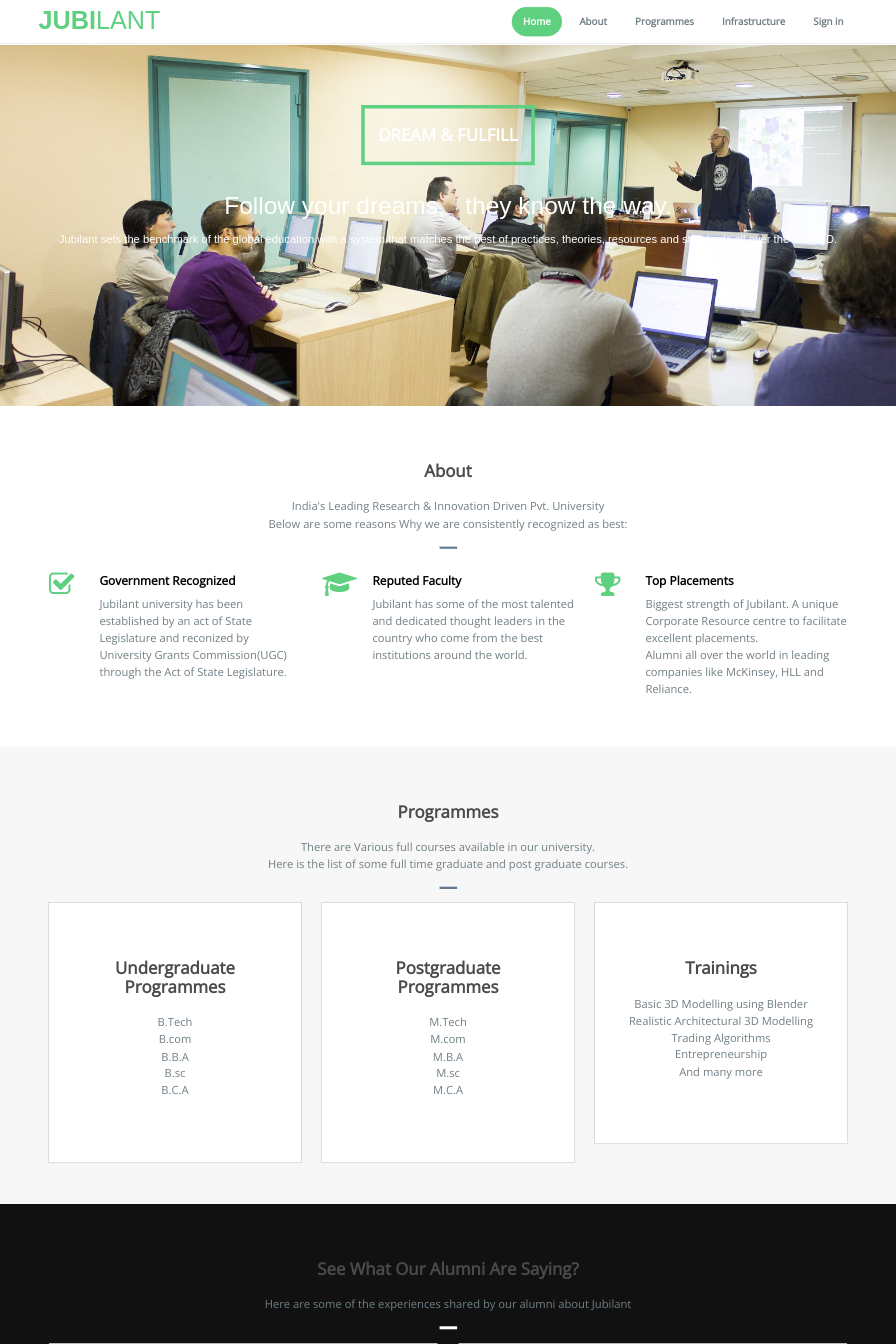
Repository: GauravC8/UMS
Page: http://localhost/login/WEB-INF/index.jsp
An editor plug-in stored every save of this project. The page is shown before and after the next save, followed by the edit.
The browser window is 1280 px wide. The pictures show the part of the page from y = 0 to 1920 px (the page is 3363 px tall), at 70% of full size.
Some web fonts or font styles are not loaded; a fallback is used. The page is served by Tomcat 9. Nobody is signed in. Other server files are loaded and not shown. The template is opened directly, without the code that normally fills it, so the values that code supplies are empty.

Above is the page before, as saved 2019-04-08 10:28:11.

### login/src/main/webapp/WEB-INF/index.jsp
<%@ page language="java" contentType="text/html; charset=ISO-8859-1"
	pageEncoding="ISO-8859-1"%>
<%@ taglib uri="http://www.springframework.org/tags/form" prefix="form"%>
<%@taglib prefix="c" uri="http://java.sun.com/jsp/jstl/core"%>

<!DOCTYPE html>
<html lang="en">

<head>
<meta charset="utf-8">
<meta name="viewport" content="width=device-width, initial-scale=1">
<title>UMS</title>

<link rel="stylesheet" type="text/css"
	href="https://fonts.googleapis.com/css?family=Open+Sans|Candal|Alegreya+Sans">
<link rel="stylesheet" type="text/css"
	href="resources/css/font-awesome.min.css">
<link rel="stylesheet" type="text/css"
	href="resources/css/bootstrap.min.css">
<link rel="stylesheet" type="text/css"
	href="resources/css/imagehover.min.css">
<link rel="stylesheet" type="text/css" href="resources/css/style.css">

</head>

<body>
	<!--Navigation bar-->
	<nav class="navbar navbar-default navbar-fixed-top">
		<div class="container">
			<div class="navbar-header">
				<button type="button" class="navbar-toggle" data-toggle="collapse"
					data-target="#myNavbar"></button>
				<a class="navbar-brand" href="index.html">Jubi<span>lant</span></a>
			</div>
			<div class="collapse navbar-collapse" id="myNavbar">
				<ul class="nav navbar-nav navbar-right">
					<li class="btn-trial"><a href="#Home">Home</a></li>
					<li><a href="#about">About</a></li>
					<li><a href="#programmes">Programmes</a></li>
					<li><a href="#infrasturcture">Infrastructure</a></li>
					<li><a href="user/loginForm">Sign in</a></li>

				</ul>
			</div>
		</div>
	</nav>
	<!--/ Navigation bar-->


	<!--Modal box-->
	<div class="modal fade" id="login" role="dialog">
		<div class="modal-dialog modal-sm">

			<!-- Modal content no 1-->
			<div class="modal-content">
				<div class="modal-header">
					<button type="button" class="close" data-dismiss="modal">&times;</button>
					<h4 class="modal-title text-center form-title">Login</h4>
				</div>
				<div class="modal-body">

					<div class="login-box-body">
						<%-- <form:form action="user/loginUser" class="form-horizontal"
							method="post" modelAttribute="user">
							<div class="form-group">
								<label for="emailId" class="col-md-3 control-label">Email</label>
								<div class="col-md-9">
									<form:input name="emailId" path="emailId"
										cssClass="form-control" />
								</div>
							</div>

							<div class="form-group">
								<label for="password" class="col-md-3 control-label">Password</label>
								<div class="col-md-9">
									<form:password name="password" path="password"
										cssClass="form-control" />
								</div>
							</div>
							<div class="form-group">
								<!-- Button -->
								<div class="col-md-offset-3 col-md-9">
									<form:button cssClass="btn btn-primary">Login</form:button>
								</div>
							</div>
							<div style="color: red">${error}</div>

						</form:form> --%>
					</div>
				</div>
			</div>
		</div>

	</div>
	<!--/ Modal box-->


	<!--Banner-->
	<div class="banner" style="background: url('resources/images/bg-banner.jpg') no-repeat center top}>
		<div class="bg-color">
			<div class="container">
				<div class="row">
					<div class="banner-text text-center">
						<div class="text-border">
							<h2 class="text-dec">Dream & Fulfill</h2>
						</div>
						<div class="intro-para text-center quote">
							<p class="big-text">Follow your dreams, &nbsp they know the
								way.
							<p>
							<p class="small-text">Jubilant sets the benchmark of the
								global education with a system that matches the best of
								practices, theories, resources and standards all over the WORLD.</p>
						</div>

					</div>
				</div>
			</div>
		</div>
	</div>
	<!--/ Banner-->
	<!--About-->
	<section id="about" class="section-padding">
		<div class="container">
			<div class="row">
				<div class="header-section text-center">
					<h2>About</h2>
					<p>
						India's Leading Research & Innovation Driven Pvt. University<br>
						Below are some reasons Why we are consistently recognized as best:
					</p>
					<hr class="bottom-line">
				</div>

				<div class="about">
					<div class="col-md-4">
						<div class="heading pull-right">
							<h4>Government Recognized</h4>
							<p>Jubilant university has been established by an act of
								State Legislature and reconized by University Grants
								Commission(UGC) through the Act of State Legislature.</p>
						</div>
						<div class="about-img pull-left">
							<i class="fa fa-check-square-o"></i>
						</div>
					</div>
				</div>
				<div class="about">
					<div class="col-md-4">
						<div class="heading pull-right">
							<h4>Reputed Faculty</h4>
							<p>Jubilant has some of the most talented and dedicated
								thought leaders in the country who come from the best
								institutions around the world.</p>
						</div>
						<div class="about-img pull-left">
							<i class="fa fa-graduation-cap"></i>
						</div>
					</div>
				</div>
				<div class="about">
					<div class="col-md-4">
						<div class="heading pull-right">
							<h4>Top Placements</h4>
							<p>
								Biggest strength of Jubilant. A unique Corporate Resource centre
								to facilitate excellent placements.<br> Alumni all over the
								world in leading companies like McKinsey, HLL and Reliance.
							</p>
						</div>
						<div class="about-img pull-left">
							<i class="fa fa-trophy"></i>
						</div>
					</div>
				</div>

			</div>
		</div>
	</section>
	<!--/ About-->

	<!--Programs-->
	<section id="programmes" class="section-padding">
		<div class="container">
			<div class="row">
				<div class="header-section text-center">
					<h2>Programmes</h2>
					<p>
						There are Various full courses available in our university.<br>
						Here is the list of some full time graduate and post graduate
						courses.
					</p>
					<hr class="bottom-line">
				</div>
				<div class="col-md-4 col-sm-6">
					<div class="service-box text-center">
						<h2>Undergraduate Programmes</h2>
						<p>
							B.Tech<br>B.com<br>B.B.A<br>B.sc<br>B.C.A
						</p>
					</div>
				</div>
				<div class="col-md-4 col-sm-6">
					<div class="service-box text-center">
						<h2>Postgraduate Programmes</h2>
						<p>
							M.Tech<br>M.com<br>M.B.A<br>M.sc<br>M.C.A
						</p>
					</div>
				</div>
				<div class="col-md-4 col-sm-6">
					<div class="service-box text-center">
						<h2>Trainings</h2>
						<p>
							Basic 3D Modelling using Blender<br>Realistic Architectural
							3D Modelling<br>Trading Algorithms<br>Entrepreneurship<br>And
							many more
						</p>
					</div>
				</div>
			</div>
		</div>
	</section>
	<!--/ programmes-->

	<!--Testimonial-->
	<section id="testimonial" class="section-padding">
		<div class="container">
			<div class="row">
				<div class="header-section text-center">
					<h2 class="white">See What Our Alumni Are Saying?</h2>
					<p class="white">Here are some of the experiences shared by our
						alumni about Jubilant</p>
					<hr class="bottom-line bg-white">
				</div>
				<div class="col-md-6 col-sm-6">
					<div class="text-comment">
						<p class="text-par">"Life in Jubilant has been a breathtaking
							experience.All the faculty members,mentors and everyone in
							Jubilant family have been a great help and a strong support. This
							place has immensely added to my persona and I will always cherish
							the memories I shared with this place."</p>
						<p class="text-name">
							Himani Gupta- MBA in Competitive Intelligence<br>
							Batch:2012-14
						</p>
					</div>
				</div>
				<div class="col-md-6 col-sm-6">
					<div class="text-comment">
						<p class="text-par">"Jubilant has been a completely enriching
							experience. I have acquired lot of confidence through various
							plaforms provided by College such as Sangathan, Youth Fest etc
							which gave us opportunity to present our innate creativity and
							talent. The faculty is very supportive and ready to help
							anytime."</p>
						<p class="text-name">
							Anita Kumari - B.sc(Fashion Design)<br>Batch:2011-14
						</p>
					</div>
				</div>
			</div>
		</div>
	</section>
	<!--/ Testimonial-->
	<!--Infrastructure-->
	<section id="infrasturcture" class="section-padding">
		<div class="container">
			<div class="row">
				<div class="header-section text-center">
					<h2>Infrastructure</h2>
					<p></p>
					<hr class="bottom-line">
				</div>
			</div>
		</div>
		<div class="container">
			<div class="row">
				<div class="col-md-4 col-sm-6 padleft-right">
					<figure class="imghvr-fold-up">
						<img src="resources/images/library.jfif" class="img-responsive">
						<figcaption>
							<h3>Library</h3>
							<p>Synonymous with the abode of knowledge, the six libraries
								at Jubilant are stocked with the lakhs of books and thousands of
								journals to propel the wisdom growth of the students. These
								libraries are frequently updated with new books and other useful
								study material for students.</p>
						</figcaption>
						<a href="#"></a>
					</figure>
				</div>
				<div class="col-md-4 col-sm-6 padleft-right">
					<figure class="imghvr-fold-up">
						<img src="resources/images/classroom.jfif" class="img-responsive">
						<figcaption>
							<h3>Syndicate Rooms</h3>
							<p>
								300 students can brainstorm at the same time in 50 Syndicate
								Rooms.<br>The Syndicate Rooms provide the perfect setting
								to acquire team skills through exercises like brain-storming
								sessions, group discussions, role-plays etc.
							</p>
						</figcaption>
						<a href="#"></a>
					</figure>
				</div>
				<div class="col-md-4 col-sm-6 padleft-right">
					<figure class="imghvr-fold-up">
						<img src="resources/images/auditorium.jfif" class="img-responsive">
						<figcaption>
							<h3>Auditorium</h3>
							<p>State-of-the-art auditoriums with a combined seating
								capacity of over 3,500 act as a common ground for students,
								faculty and corporate personalities for regular interfaces,
								conferences and other events.</p>
						</figcaption>
						<a href="#"></a>
					</figure>
				</div>
				<div class="col-md-4 col-sm-6 padleft-right">
					<figure class="imghvr-fold-up">
						<img src="resources/images/play.jfif" class="img-responsive">
						<figcaption>
							<h3>Playground</h3>
							<p>At Jubilant,sports form one of the important aspects of a
								student's development.From increasing concentration levels and
								working as a team to inculcating a winning spirit;sports help
								students build a strong character.</p>
						</figcaption>
						<a href="#"></a>
					</figure>
				</div>
				<div class="col-md-4 col-sm-6 padleft-right">
					<figure class="imghvr-fold-up">
						<img src="resources/images/hostel.jfif" class="img-responsive">
						<figcaption>
							<h3>Hostel Accomodation</h3>
							<p>Jubilant offers comprehensive hostel facilities for boys
								and girls separately within the University Campus.Caring wardens
								and a vigilant security ensures a pleasant stay allowing
								students to focus on academics.</p>
					</figure>
				</div>
				<div class="col-md-4 col-sm-6 padleft-right">
					<figure class="imghvr-fold-up">
						<img src="resources/images/labs.jfif" class="img-responsive">
						<figcaption>
							<h3>Laboratory</h3>
							<p>The specialised biotechnology laboratories are equipped to
								conduct advanced practical and research work.Jubilant has over
								300 labs where students experiment and bring to practice what
								they have learnt in theory.</p>
						</figcaption>
						<a href="#"></a>
					</figure>
				</div>
			</div>
		</div>
	</section>
	<!--/ Courses-->




	<!--Footer-->
	<footer id="footer" class="footer">
		<div class="container text-center">

			<h3>For More Information</h3>


			<!-- End newsletter-form -->
			<ul class="social-links">
				<li><a href="#link"><i class="fa fa-twitter fa-fw"></i></a></li>
				<li><a href="#link"><i class="fa fa-facebook fa-fw"></i></a></li>
				<li><a href="#link"><i class="fa fa-google-plus fa-fw"></i></a></li>
				<li><a href="#link"><i class="fa fa-dribbble fa-fw"></i></a></li>
				<li><a href="#link"><i class="fa fa-linkedin fa-fw"></i></a></li>
			</ul>
			All rights reserved

		</div>
	</footer>
	<!--/ Footer-->

	<script src="resources/js/jquery.min.js"></script>
	<script src="resources/js/jquery.easing.min.js"></script>
	<script src="resources/js/bootstrap.min.js"></script>
	<script src="resources/js/custom.js"></script>
	<script src="resources/contactform/contactform.js"></script>

</body>

</html>

### login/src/main/webapp/WEB-INF/resources/css/style.css

body {
	font-size: 15px;
    line-height: 1.52;
    color: #717f86;
    font-size: 16px;
	font-family: 'Open Sans', sans-serif;
    font-weight: 400;
}
ol, ul {
	list-style: none;
}
blockquote, q {
	quotes: none;
}
blockquote:before, blockquote:after,
q:before, q:after {
	content: '';
	content: none;
}
table {
	border-collapse: collapse;
	border-spacing: 0;
}
.section-padding{
	padding: 60px 0px;
}
h1, h2, h3, h4, h5, h6{
    font-family: Open Sans, sans-serif;
    font-weight: 700;
    color: #4B4B4C;
}
a{
    color: #5fcf80;
}
a:hover, a:focus{
    color: #5fcf80;
}
/***********************************
Navigation bar
************************************/
.navbar-default .navbar-brand {
    color: #5FCF80;
}
.navbar-default {
    background-color: #ffffff;
}

.navbar-default .navbar-nav > li > a {
    color: #717f86;
    font-size: 14px;
    font-weight: 700;
}
.navbar-nav > li > a{
	padding: 0px;
	margin: 10px 5px;
	padding: 10px 15px;
}
.navbar-default .navbar-nav > li > a:focus, .navbar-default .navbar-nav > li > a:hover
{
	color: #5FCF80;
}
.btn {


background-color: #5FCF80;
	border-radius: 50px;
	color: #ffffff !important;
	border: 1px solid #5FCF80;
	margin-top: 15px;
}
.navbar-nav .active a{
    background: none !important;
    color: #5FCF80 !important;
    outline: none;
}

.btn-trial a{
	background-color: #5FCF80;
	border-radius: 25px;
	color: #ffffff !important;
	border: 1px solid #5FCF80;
}
.btn-trial a:hover, .btn-trial a:focus{
	border: 1px solid #5FCF80;
	background-color: #fff;
	color: #5FCF80 !important;
}
.navbar-default .navbar-brand {
    font-family: 'Dosis', sans-serif !important;
    font-weight: 700;
    text-transform: uppercase;
    padding: 0px;
    height: inherit;
    font-size: 36px;
    margin: 20px 0px;
}
.navbar-default .navbar-brand span{
	font-weight: 100 !important;
}
.navbar {
    margin-bottom: 0px;
}
.padding-zero{
	padding: 0px;
}
.mart20{
	margin-top: 20px;
}
/***********************************
Banner
************************************/
.banner{
	background: url('resources/images/bg-banner.jpg') no-repeat center top;
    background-size: cover;
	min-height: 580px;
    position: relative;
}
.bg-color{
	background-color: RGBA(12, 11, 11, 0.82);
	min-height: 580px;
}
.text-dec{
	font-size: 24px;
	padding: 10px 20px;
    margin: 15px 0;
	text-transform: uppercase;
    color: #fff;
}
.text-border{
	border: 5px solid #5FCF80;
	display: inline-block;
	margin-top: 150px;
}
.intro-para{
	font-family: 'Alegreya Sans', sans-serif;
	font-size: 45px;
	color: #fff;
	margin-top: 30px;
}

.modal-dialog {
    width: 600px;
    margin: 150px auto;
}
.modal-content h4 {
    font-size: 1.5em;
    font-weight: 700;
}
.login-box-body {
    padding: 15px 30px;
}
.login-box-msg, .register-box-msg {
    margin: 0px;
    text-align: center;
    padding: 0px 20px 20px;
}
.form-title{
color:#5FCF80;
}
.form-control{
border-color:#5FCF80;
}
.modal-sm {
    width: 400px;
}
.padleft-right{
    padding-left: 5px;
    padding-right: 0px;
}
.big-text{
    font-size: 35px;
}
.small-text{
    font-size: 16px;
}
btn{
    background-color: #5fcf80;
    color: #fff;
    -webkit-transition: all 0.3s ease-in-out;
  -moz-transition: all 0.3s ease-in-out;
  transition: all 0.3s ease-in-out;
  margin-top: 10px;
}
.btn:hover,.btn:focus{
    background-color: black;
    color: #5fcf80;
    border-color: #fff;
     -webkit-transition: all 0.3s ease-in-out;
  -moz-transition: all 0.3s ease-in-out;
  transition: all 0.3s ease-in-out;
}
/***********************************
About
************************************/
h2{
	font-size: 24px;
	padding-bottom: 15px;
}
.bottom-line{
	width: 25px;
	height: 3px;
	background-color: rgb(99, 122, 145);
}
.about{
	margin-top: 25px;
}
.about-img {
  width: 20%;
}
.heading {
    width: 80%;
}
.about i {
    font-size: 39px;
    color: #5FCF80;
    margin-top: 7px;
}
.heading h4 {
    font-size: 17px;
    line-height: 1.25;
    font-weight: 700;
    color: #000;
    margin: 10px 0px;
    text-align: left;
}
.heading p {
  text-align: left;
}

/***********************************
Programmes
************************************/
#programmes {
    background-color: rgb(247, 247, 247);
}
.service-box{
    background: #fff;
    padding: 60px 30px 80px;
    box-shadow: 0px 0px 1px 1px rgba(0,0,0,0.1);
}



/***********************************
Testimonial
************************************/
#testimonial{
    background-color: #111;
}
.bg-white{
    background-color: #fff !important;
}
.text-comment{
  background-color: rgb(255, 255, 255);
  padding: 20px;
}
.text-par{
  font-size: 20px;
  padding-bottom: 15px;
}
/***********************************
Infrastructure
************************************/
[class*=" imghvr-"] figcaption, [class^="imghvr-"] figcaption {
    background-color: #5FCF80;
}
[class*=" imghvr-"], [class^="imghvr-"] {
    background-color: #5FCF80;
    color: #fff;
}

/***********************************
Footer
************************************/
.footer {
    padding: 60px 0 20px;
    background: #111;
    color: #ccc;
}
.footer a {
    color: #fff;
}

.footer h3{
	font-weight: 300;
	letter-spacing: 0.05em;
	margin: 0 0 40px;
	font-size: 24px;
}
.footer .form-control {
    border-radius: 30px;
    border: none;
    background: rgba(255,255,255,.1);
    padding-left: 30px;
    color: #e5e6e7;
    margin-bottom: 0;
    height: 48px;
}
.footer .social-links li a {
    color: #fff;
    font-size: 32px;
    line-height: 50px;
    border-radius: 50%;
    text-align: center;
    -webkit-transition: all .3s ease-out;
    transition: all .3s ease-out;
}
.footer .social-links li {
    display: inline-block;
    margin: 0 25px 25px;
    -webkit-transition: all .3s ease-out;
    transition: all .3s ease-out;
}
.footer .mc-trial {
    margin: 20px 0;
}
.footer .social-links {
    list-style: none;
    padding: 0;
    margin: 30px 0 40px;
    padding: 40px 0 0;
    border-bottom: 1px solid rgba(255,255,255,0.2);
}

.footer .form-control:focus{
    box-shadow: none;
}
/***********************************
************************************
Responsive media queries
************************************
***********************************/
@media (min-width: 769px) and (max-width: 980px) {
    .ser-text {
    font-size: 20px;
    }
    .service-box{
        margin-bottom: 30px;
    }
}
@media (min-width: 451px) and (max-width: 768px) {
    .ser-text {
    font-size: 20px;
    }
    .service-box{
        margin-bottom: 30px;
    }


}
@media (min-width: 20px) and (max-width: 450px) {
    .text-dec {
    font-size: 20px;
    }
    .big-text {
    font-size: 30px;
    }
    .small-text {
    font-size: 14px;
    }
    .intro-para {
    font-size: 30px;
    }
    .header-section p{
        font-size: 14px;
    }
    .heading {
    margin-bottom: 20px;
    }

    h3.det-txt {
    font-size: 28px;
    }

    .service-box, .text-comment{
        margin-bottom: 30px;
    }

    .footer .social-links li {
    margin: 0 5px 25px;
    }

    .modal-sm {
    width: 300px;
    }
    .login-box-body {
    padding: 15px 20px;
    }
    .navbar-default .navbar-brand{
        margin-left: 10px;
    }
    .navbar-default .navbar-nav > li > a{
        text-align: center;
    }
}

### login/src/main/webapp/WEB-INF/resources/js/custom.js
(function($) {

  // Navigation scrolls
  $(".navbar-nav li a").on('click', function(event) {
    $('.navbar-nav li').removeClass('active');
    $(this).closest('li').addClass('active');
    var $anchor = $(this);
    var nav = $($anchor.attr('href'));
    if (nav.length) {
      $('html, body').stop().animate({
        scrollTop: $($anchor.attr('href')).offset().top
      }, 1500, 'easeInOutExpo');

      event.preventDefault();
    }
  });
  $(".navbar-collapse a").on('click', function() {
    $(".navbar-collapse.collapse").removeClass('in');
  });

  // Add smooth scrolling to all links in navbar
  $("a.mouse-hover, a.get-quote").on('click', function(event) {
    var hash = this.hash;
    if (hash) {
      event.preventDefault();
      $('html, body').animate({
        scrollTop: $(hash).offset().top
      }, 1500, 'easeInOutExpo');
    }
  });
})(jQuery);

Loaded but not shown: login/src/main/webapp/WEB-INF/resources/css/font-awesome.min.css (library); login/src/main/webapp/WEB-INF/resources/css/bootstrap.min.css (library); login/src/main/webapp/WEB-INF/resources/css/imagehover.min.css (library); login/src/main/webapp/WEB-INF/resources/js/jquery.min.js (library); login/src/main/webapp/WEB-INF/resources/js/jquery.easing.min.js (library); login/src/main/webapp/WEB-INF/resources/js/bootstrap.min.js (library)

After the next save:
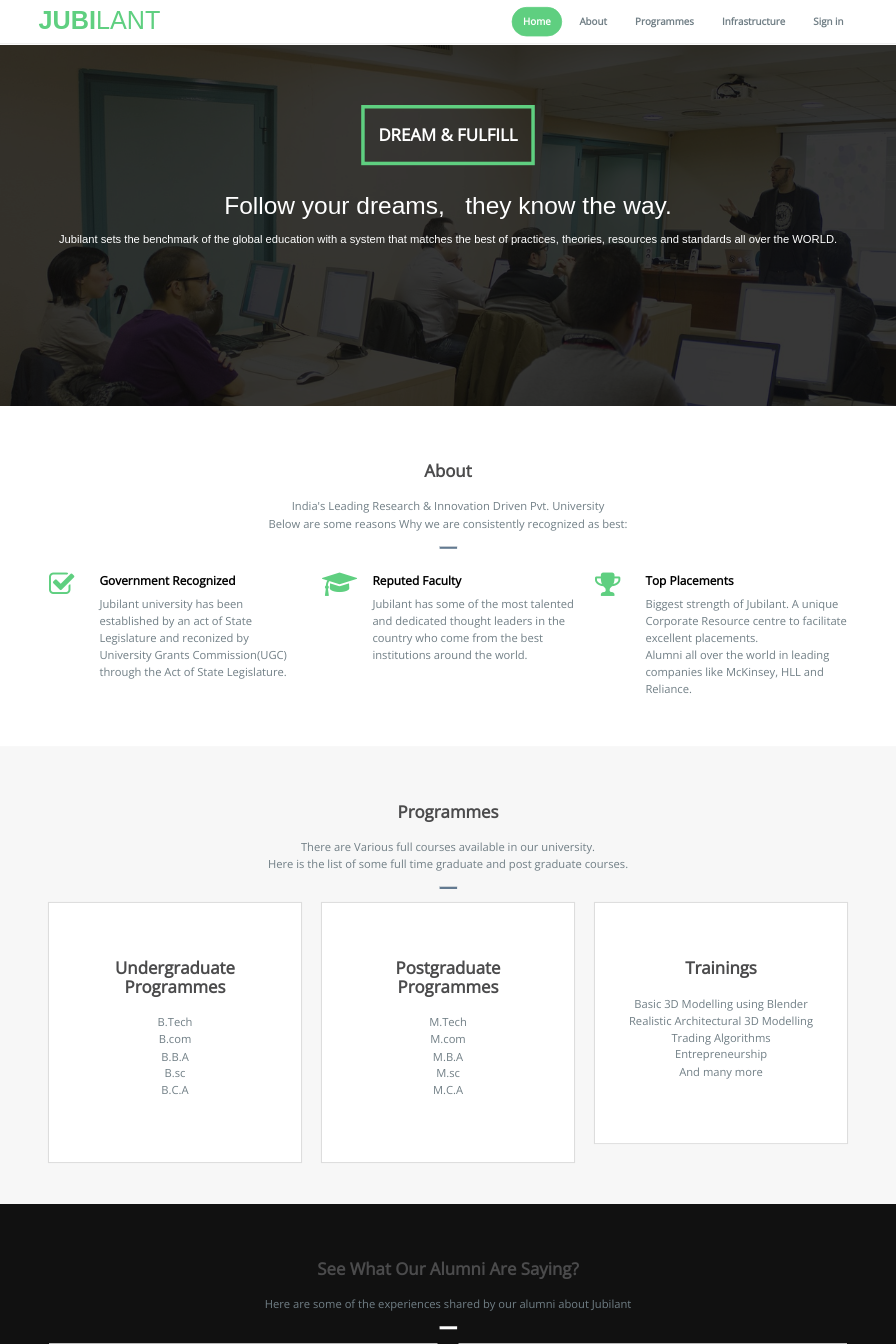
Saved 4 s later.
--- a/login/src/main/webapp/WEB-INF/index.jsp
+++ b/login/src/main/webapp/WEB-INF/index.jsp
@@ -96,7 +96,7 @@
 
 
 	<!--Banner-->
-	<div class="banner" style="background: url('resources/images/bg-banner.jpg') no-repeat center top}>
+	<div class="banner" style="background: url('resources/images/bg-banner.jpg') no-repeat center top">
 		<div class="bg-color">
 			<div class="container">
 				<div class="row">
